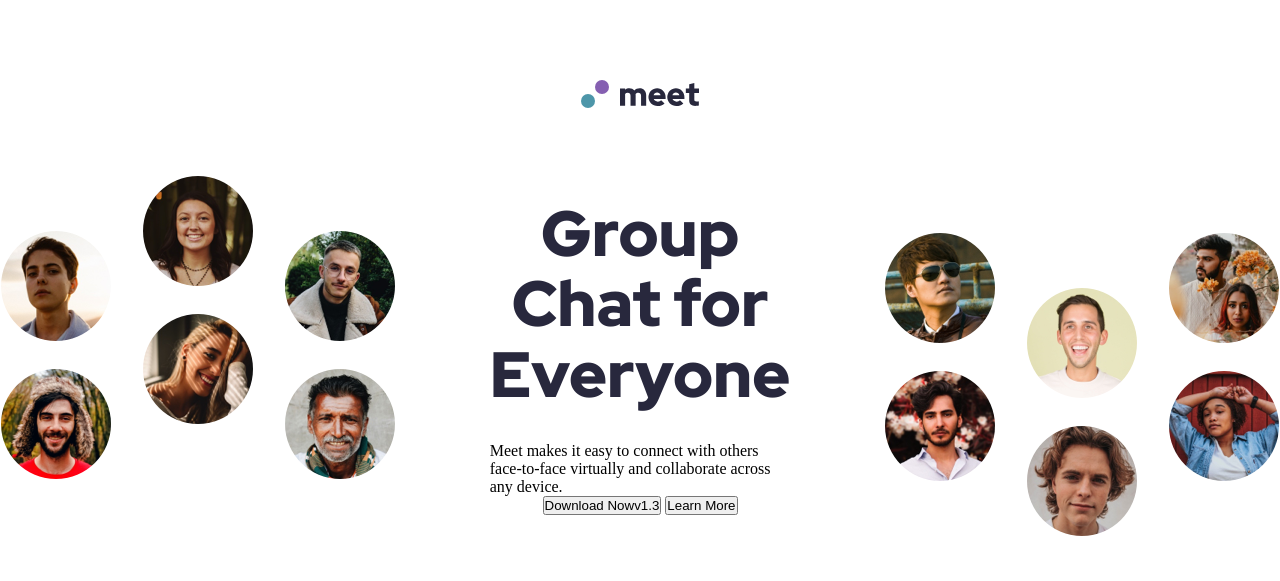
Repository: brandontaylor1/meet-landing-page
Page: index.html
These files come from the project's save history. The page is drawn as it stood at one moment and after the next save; the edit follows.
The browser window is 1280 px wide. The pictures show the whole page.

Above is the page before, as saved 2025-01-11 19:34:58.

### index.html
<!DOCTYPE html>
<html lang="en">
<head>
    <meta charset="UTF-8">
    <meta name="viewport" content="width=device-width, initial-scale=1.0">
    <link rel="preconnect" href="https://fonts.googleapis.com">
    <link rel="preconnect" href="https://fonts.gstatic.com" crossorigin>
    <link href="https://fonts.googleapis.com/css2?family=Red+Hat+Display:ital,wght@0,300..900;1,300..900&display=swap" rel="stylesheet">
    <link rel="stylesheet" href="styles.css">
    <title>Meet Landing Page</title>
</head>
<body>
    <nav class="navbar">
        <div class="logo-container">
            <img src="./assets/images/logo.svg" alt="meet logo">
        </div>
    </nav>
    <section class="hero-section">
        <img src="./assets/images/image-hero-left.png" class="left-faces" alt="Left Faces">
        <div class="hero-content">
            <h1>Group Chat for Everyone</h1>
            <p>Meet makes it easy to connect with others face-to-face virtually and collaborate across any device.</p>
            <div class="btn-container">
                <button class="hero-btn" id="downloadBtn">Download Now<span>v1.3</span></button>
                <button class="hero-btn" id="whatisitBtn">Learn More</button>
            </div>
        </div>
        <img src="./assets/images/image-hero-right.png" class="right-faces" alt="Right Faces">
    </section>

</body>
</html>

### styles.css
* {
    margin: 0;
    padding: 0;
    box-sizing: border-box
}

:root {
    --color-white: #FAFAFA;
    --color-slate: #87879D;
    --color-lightslate: #D1D1DF;
    --color-darkslate: #28283D;
    --color-cyan: #4D96A9;
    --color-purple: #855FB1;
    --color-lightcyan: #8FE3F9;
    --color-lightpurple: #D9B8FF;

}

.navbar {
    display: flex;
    padding: 80px 80px 0px 80px;
    flex-direction: column;
    justify-content: flex-end;
    align-items: center;
    gap: var(--spacing-100, 8px);
    align-self: stretch;

}

.hero-section {
    display: flex;
    align-items: center;
    justify-content: center;
    padding: 64px 80px;
}

.left-faces {
    padding-right: 95px;
    padding-bottom: 57px;
}

.right-faces {
    padding-left: 95px;
    padding-top: 57px;
}

.hero-content {
    display: flex;
    flex-direction: column;
    align-items: center;
    justify-content: space-between;
    width: 448px;
    height: 314px;

}

.hero-content h1 {
    font-family: "Red Hat Display", sans-serif;
    font-size: 4rem;
    font-weight: 900;
    line-height: 110%;
    color: var(--color-darkslate);
    text-align: center;
    margin-bottom: 32px;
}

After the next save:
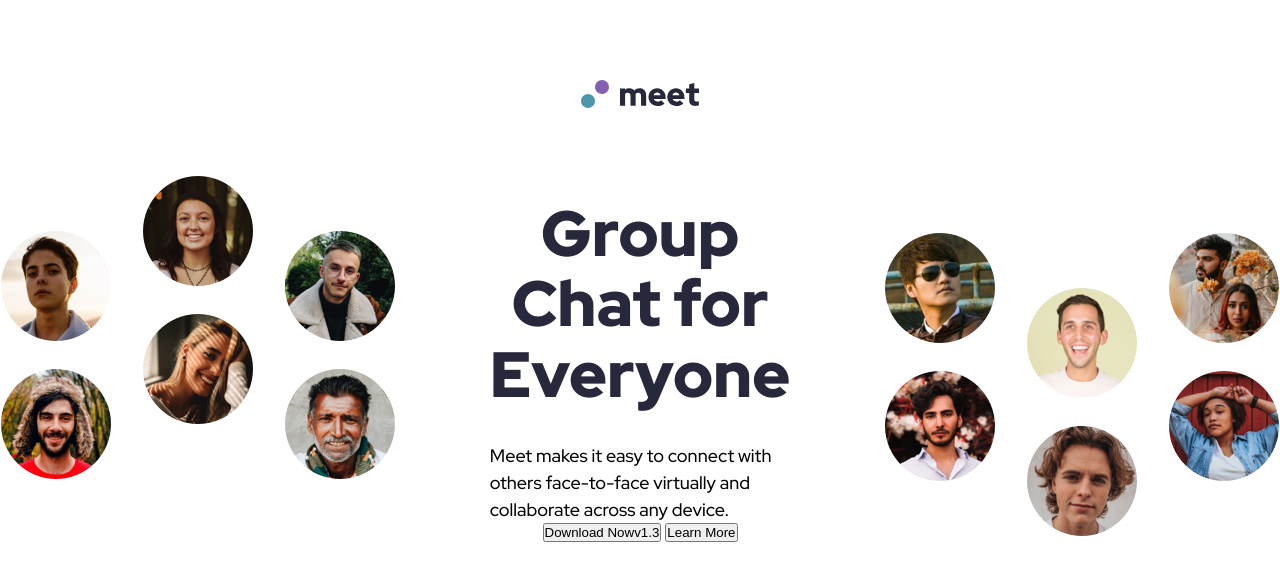
Saved 86 s later.
--- a/styles.css
+++ b/styles.css
@@ -63,3 +63,10 @@
     text-align: center;
     margin-bottom: 32px;
 }
+
+.hero-content p {
+    font-family: "Red Hat Display", sans-serif;
+    font-size: 18px;
+    font-weight: 500;
+    line-height: 150%;
+}
